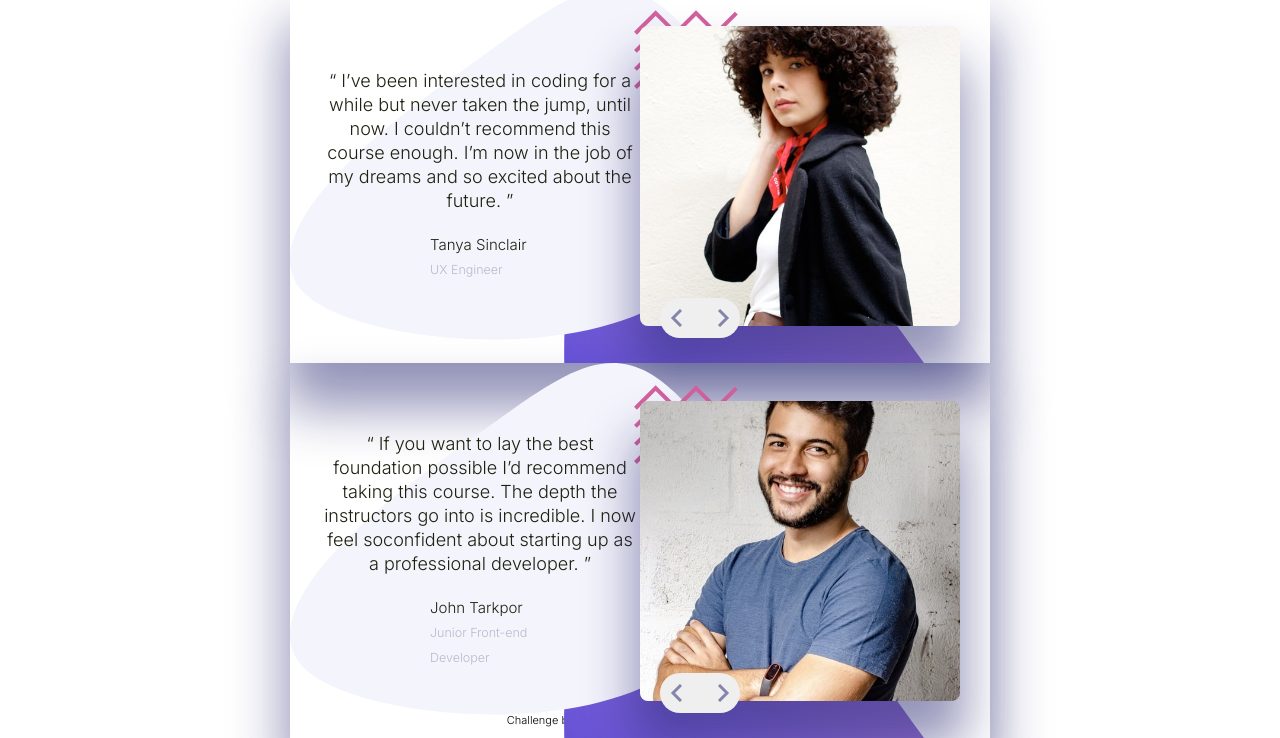
Repository: Hcmwebs/Coding-Bootcamp-Testimonials
Page: index.html
The author's editor kept a copy of each file at every save. The page is drawn from the files as they stood at one save, then again after the next save.
The browser window is 1280 px wide. The pictures show the whole page.
The style sheet was rebuilt from its Sass, Less or Tailwind sources for each picture, by a compiler version that may differ from the author's.

Above is the page before, as saved 2020-10-30 21:20:02.

After the next save:
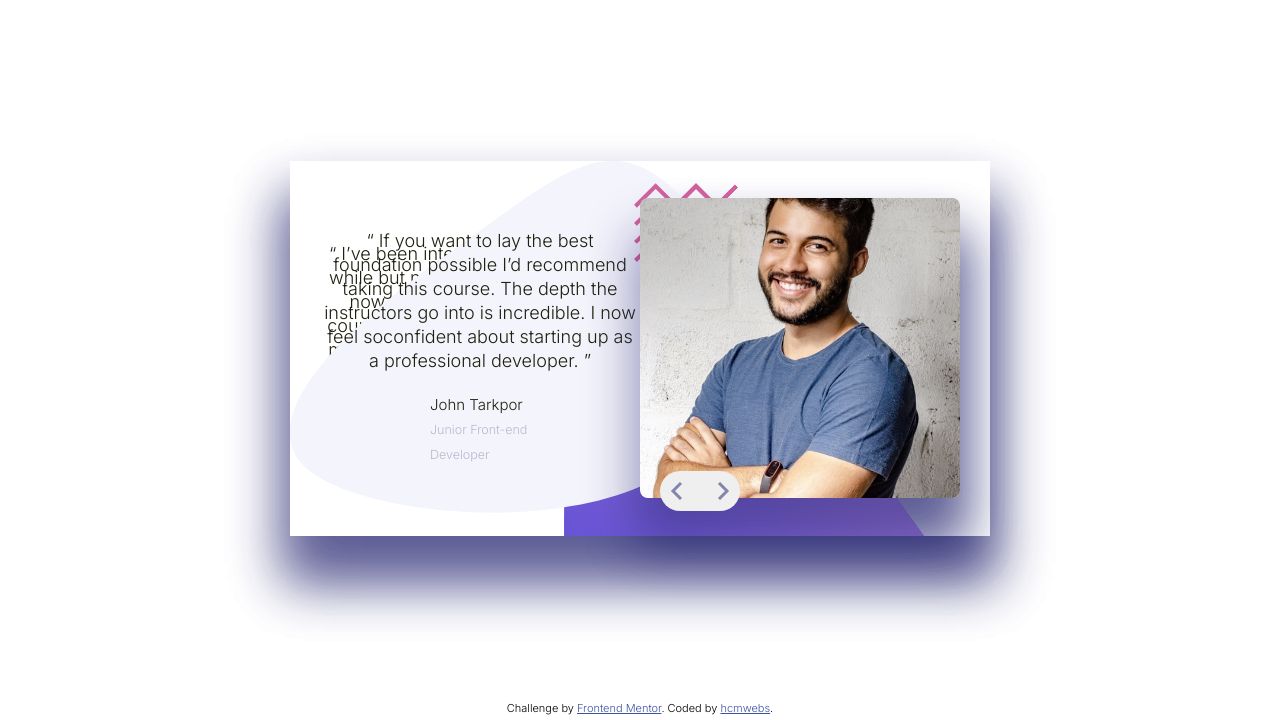
Saved 46 s later.
--- a/scss/main.scss
+++ b/scss/main.scss
@@ -64,7 +64,7 @@
   background-size:contain;
   background-repeat: no-repeat;
   box-shadow: 0 40px 50px 5px $boxShadowColor;
-  position: relative;
+  position: absolute;
 
   &__header{
     width: 100%;

After the save that followed:
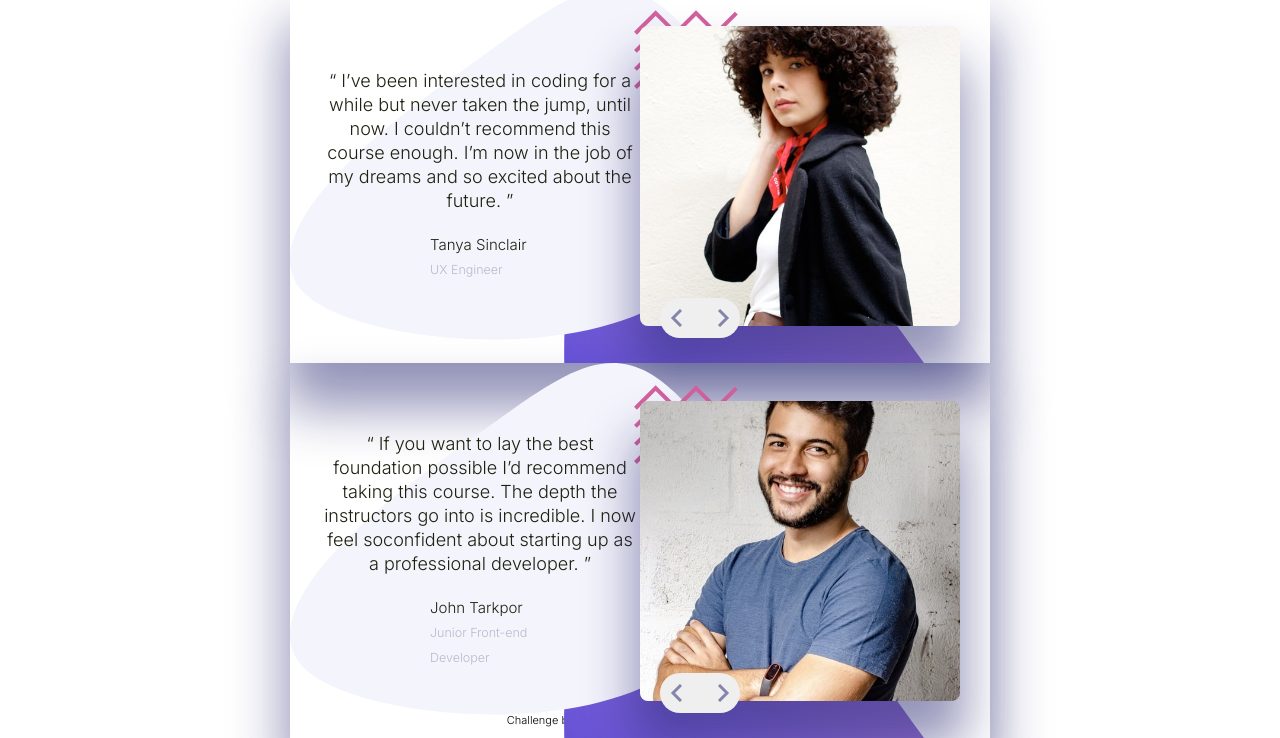
Saved 18 s later.
--- a/scss/main.scss
+++ b/scss/main.scss
@@ -64,7 +64,7 @@
   background-size:contain;
   background-repeat: no-repeat;
   box-shadow: 0 40px 50px 5px $boxShadowColor;
-  position: absolute;
+  position: relative;
 
   &__header{
     width: 100%;
